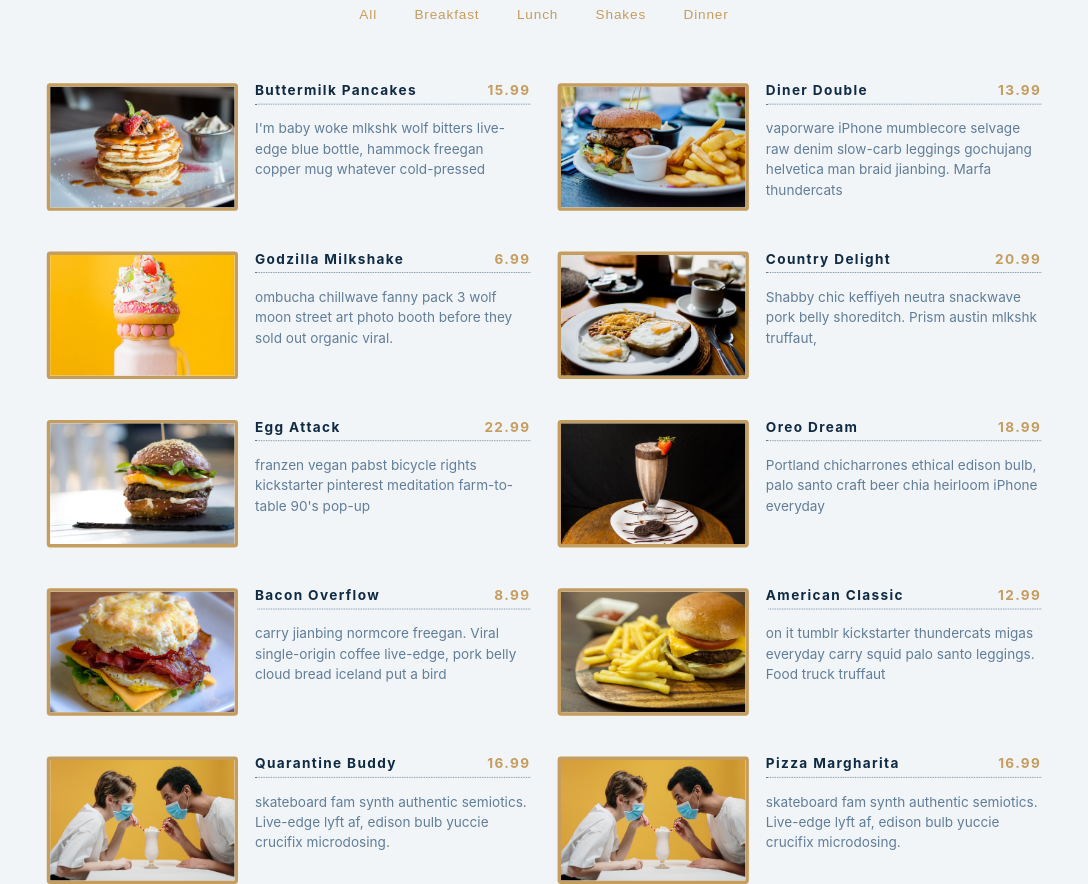
Repository: gligor99/menu-ts-react
Page: /
An editor plug-in stored every save of this project. The page is shown before and after a run of saves, followed by the edit.
The browser window is 1280 px wide. The pictures show the whole page, at 85% of full size.
The project was rebuilt for these pictures with package versions that can differ from the ones it lists, and the page was loaded fresh each time.

Above is the page before, as saved 2021-11-25 00:06:07.

### src/App.tsx
import { useState } from "react";
import Categories from "./components/Categories";
import Menu from "./components/Menu";
import items from "./data";

const uniques = Array.from(new Set(items.map((item) => item.category)));
const allCategories = ["all", ...uniques];

export type ItemsProps = {
  id: number;
  title: string;
  category: string;
  price: number;
  img: string;
  desc: string;
};

function App() {
  const [menuItems, setMenuItems] = useState<ItemsProps[]>(items);
  const [categories, setCategories] = useState(allCategories);

  const filterItems = (category: string) => {
    if (category === "all") {
      setMenuItems(items);
      return;
    } else {
      const newItems = items.filter((item) => item.category === category);
      setMenuItems(newItems);
    }
  };

  return (
    <div className="App">
      <Categories categories={categories} filterItems={filterItems} />
      <Menu items={menuItems} />
    </div>
  );
}

export default App;

### src/components/Categories.tsx
type Props = {
  categories: string[];
  filterItems: (category: string) => void;
};

const Categories: React.FC<Props> = ({ categories, filterItems }) => {
  return (
    <div className="btn-container">
      {categories.map((category, index) => {
        return (
          <button
            type="button"
            className="filter-btn"
            key={index}
            onClick={() => filterItems(category)}
          >
            {category}
          </button>
        );
      })}
    </div>
  );
};

export default Categories;

### src/components/Menu.tsx
import { ItemsProps } from "../App";
import '../index.css'

type Props = {
  items: ItemsProps[];
};

const Menu: React.FC<Props> = ({ items }) => {
  console.log(items);

  return (
    <div className="section-center">
      {items.map((item) => {
        return (
          <article className="menu-item" key={item.id}>
            <img src={item.img} alt={item.title} className="photo" />
            <div className="item-info">
                <header>
                    <h4 className="title">{item.title}</h4>
                    <h4 className="price">{item.price}</h4>
                </header>
                <p className="item-text">{item.desc}</p>
            </div>
          </article>
        );
      })}
    </div>
  );
};

export default Menu;

### src/data.ts
const menu = [
    {
      id: 1,
      title: 'buttermilk pancakes',
      category: 'breakfast',
      price: 15.99,
      img: './images/item-1.jpeg',
      desc: `I'm baby woke mlkshk wolf bitters live-edge blue bottle, hammock freegan copper mug whatever cold-pressed `,
    },
    {
      id: 2,
      title: 'diner double',
      category: 'lunch',
      price: 13.99,
      img: './images/item-2.jpeg',
      desc: `vaporware iPhone mumblecore selvage raw denim slow-carb leggings gochujang helvetica man braid jianbing. Marfa thundercats `,
    },
    {
      id: 3,
      title: 'godzilla milkshake',
      category: 'shakes',
      price: 6.99,
      img: './images/item-3.jpeg',
      desc: `ombucha chillwave fanny pack 3 wolf moon street art photo booth before they sold out organic viral.`,
    },
    {
      id: 4,
      title: 'country delight',
      category: 'breakfast',
      price: 20.99,
      img: './images/item-4.jpeg',
      desc: `Shabby chic keffiyeh neutra snackwave pork belly shoreditch. Prism austin mlkshk truffaut, `,
    },
    {
      id: 5,
      title: 'egg attack',
      category: 'lunch',
      price: 22.99,
      img: './images/item-5.jpeg',
      desc: `franzen vegan pabst bicycle rights kickstarter pinterest meditation farm-to-table 90's pop-up `,
    },
    {
      id: 6,
      title: 'oreo dream',
      category: 'shakes',
      price: 18.99,
      img: './images/item-6.jpeg',
      desc: `Portland chicharrones ethical edison bulb, palo santo craft beer chia heirloom iPhone everyday`,
    },
    {
      id: 7,
      title: 'bacon overflow',
      category: 'breakfast',
      price: 8.99,
      img: './images/item-7.jpeg',
      desc: `carry jianbing normcore freegan. Viral single-origin coffee live-edge, pork belly cloud bread iceland put a bird `,
    },
    {
      id: 8,
      title: 'american classic',
      category: 'lunch',
      price: 12.99,
      img: './images/item-8.jpeg',
      desc: `on it tumblr kickstarter thundercats migas everyday carry squid palo santo leggings. Food truck truffaut  `,
    },
    {
      id: 9,
      title: 'quarantine buddy',
      category: 'shakes',
      price: 16.99,
      img: './images/item-9.jpeg',
      desc: `skateboard fam synth authentic semiotics. Live-edge lyft af, edison bulb yuccie crucifix microdosing.`,
    },
    {
      id: 10,
      title: 'pizza margharita',
      category: 'dinner',
      price: 16.99,
      img: './images/item-9.jpeg',
      desc: `skateboard fam synth authentic semiotics. Live-edge lyft af, edison bulb yuccie crucifix microdosing.`,
    },


  ];
  export default menu;

Loaded but not shown: public/index.html (common file); src/index.tsx (common file); src/index.css (common file)

After the next 2 saves:
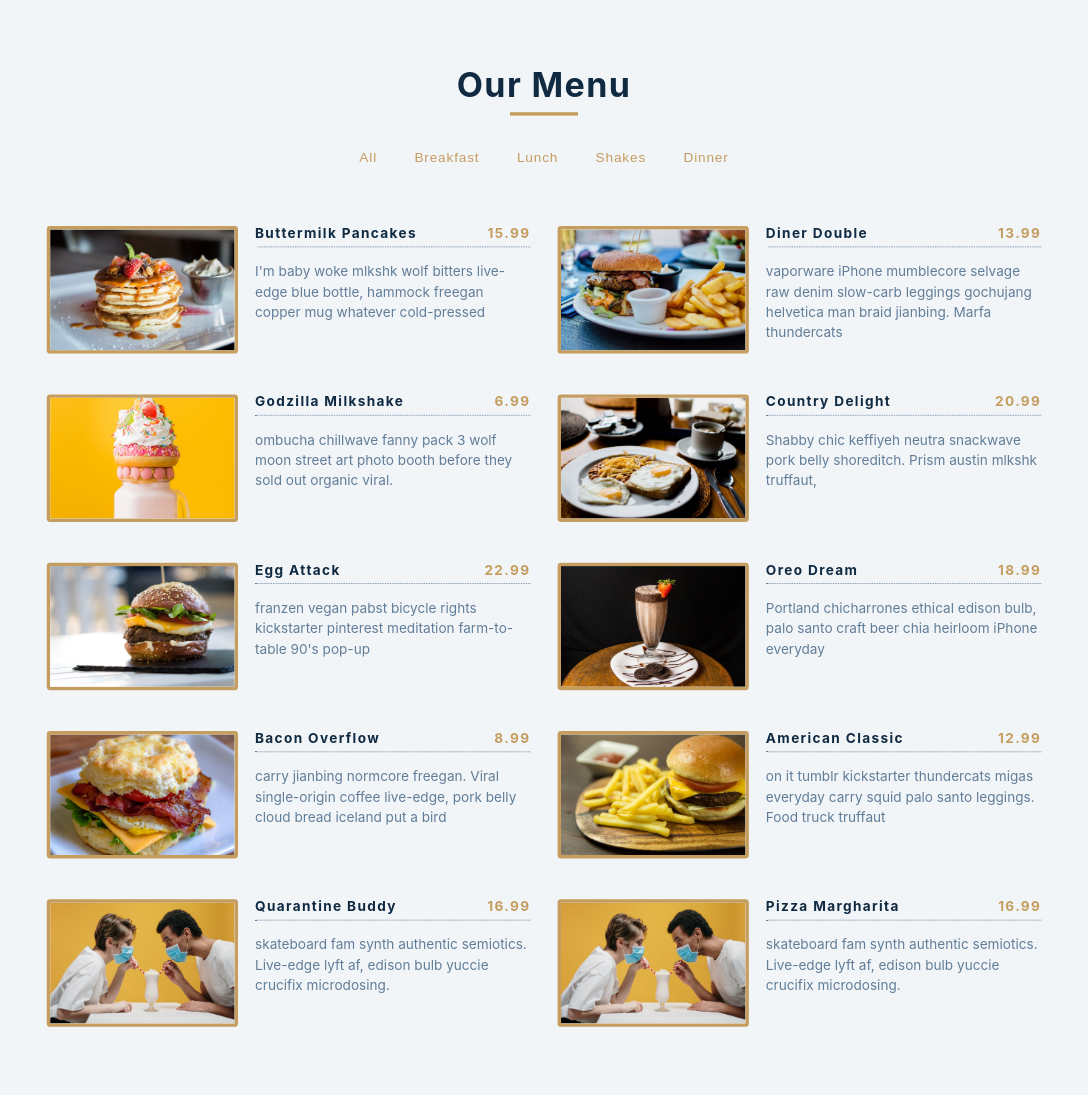
The 2 saves are shown as one change because they came seconds apart.
The last was saved 95 s later.
--- a/src/App.tsx
+++ b/src/App.tsx
@@ -30,10 +30,16 @@ function App() {
   };
 
   return (
-    <div className="App">
-      <Categories categories={categories} filterItems={filterItems} />
-      <Menu items={menuItems} />
-    </div>
+    <main>
+      <section className="menu section">
+        <div className="title">
+          <h2>Our Menu</h2>
+          <div className="underline"></div>
+        </div>
+        <Categories categories={categories} filterItems={filterItems} />
+        <Menu items={menuItems} />
+      </section>
+    </main>
   );
 }
 
